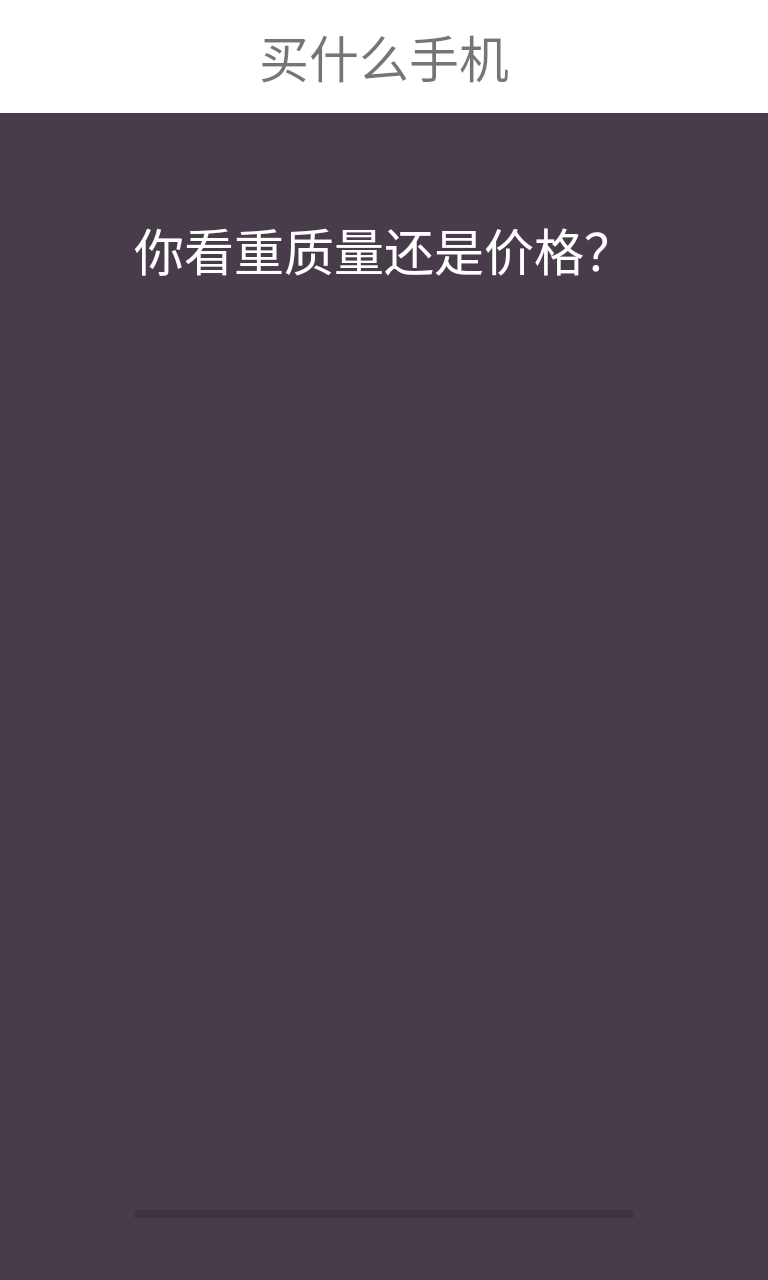
Repository: lxis/Sale
Layout: Sale/Sale/res/layout/activity_splash.xml
The author's editor kept a copy of each file at every save. The layout is drawn from the files as they stood at one save, then again after the next save.
It is drawn on a 768 x 1280 px phone screen (xhdpi) without system bars, with theme AppTheme; the app's code is not run.

Above is the layout before, as saved 2014-12-06 15:50:59.

### Sale/Sale/res/layout/activity_splash.xml
<LinearLayout xmlns:android="http://schemas.android.com/apk/res/android"
    xmlns:tools="http://schemas.android.com/tools"
    android:layout_width="match_parent"
    android:layout_height="match_parent"
    android:background="#493C4A"
    android:orientation="vertical"
    tools:context="com.sage.sale.ui.SplashActivity"
    tools:ignore="MergeRootFrame" >

    <LinearLayout
        android:id="@+id/linearLayoutTitle"
        android:layout_width="match_parent"
        android:layout_height="wrap_content"
        android:background="#ffffff"
        android:orientation="vertical" >

        <TextView
            android:id="@+id/textViewTitle"
            android:layout_width="wrap_content"
            android:layout_height="match_parent"
            android:layout_gravity="center"
            android:layout_margin="20px"
            android:text="买什么手机"
            android:textSize="25sp" >
        </TextView>
    </LinearLayout>

    <LinearLayout
        android:id="@+id/resultLayout"
        android:layout_width="wrap_content"
        android:layout_height="wrap_content"
        android:layout_gravity="center"
        android:orientation="vertical"
        android:visibility="gone" >

        <ImageView
            android:id="@+id/imageViewResult"
            android:layout_width="wrap_content"
            android:layout_height="wrap_content"
            android:layout_gravity="center"
            android:layout_marginBottom="100px"
            android:layout_marginTop="200px" >
        </ImageView>

        <TextView
            android:id="@+id/textViewResult"
            android:layout_width="wrap_content"
            android:layout_height="wrap_content"
            android:layout_gravity="center"
            android:layout_marginBottom="100px"
            android:textColor="#ffffff"
            android:textSize="25sp" >
        </TextView>

        <TextView
            android:id="@+id/textViewBuy"
            android:layout_width="wrap_content"
            android:layout_height="wrap_content"
            android:layout_gravity="center"
            android:layout_marginBottom="100px"
            android:background="@drawable/button_press_style_selector"
            android:padding="50px"
            android:text="立即购买"
            android:textSize="25sp" >
        </TextView>

        <TextView
            android:id="@+id/textViewRestart"
            android:layout_width="wrap_content"
            android:layout_height="wrap_content"
            android:layout_gravity="center"
            android:background="@drawable/button_press_style_selector"
            android:padding="50px"
            android:text="再选一次"
            android:textSize="25sp" />
    </LinearLayout>

    <LinearLayout
        android:id="@+id/questionLayout"
        android:layout_width="match_parent"
        android:layout_height="match_parent"
        android:orientation="vertical" >

        <ScrollView
            android:layout_width="match_parent"
            android:layout_height="0px"
            android:layout_gravity="center"
            android:layout_marginTop="100px"
            android:layout_weight="1"
            android:scrollbars="vertical" >

            <LinearLayout
                android:layout_width="match_parent"
                android:layout_height="wrap_content"
                android:orientation="vertical"
                android:id="@+id/linearLayoutQuestionContent"
                 >

                <TextView
                    android:id="@+id/textViewQuestion"
                    android:layout_width="wrap_content"
                    android:layout_height="wrap_content"
                    android:layout_gravity="center"
                    android:layout_marginBottom="100px"
                    android:text="你看重质量还是价格？"
                    android:textColor="#ffffff"
                    android:textSize="25sp" />

                <LinearLayout
                    android:id="@+id/answerLayout"
                    android:layout_width="match_parent"
                    android:layout_height="match_parent"
                    android:layout_gravity="center"
                    android:orientation="vertical" >
                </LinearLayout>
            </LinearLayout>
        </ScrollView>

        <ProgressBar
            android:id="@+id/progressBarProgress"
            style="?android:attr/progressBarStyleHorizontal"
            android:layout_width="500px"
            android:layout_height="wrap_content"
            android:layout_gravity="center"
            android:layout_marginBottom="50px"
            android:layout_marginTop="50px" />
    </LinearLayout>

</LinearLayout>

### Sale/Sale/res/values/styles.xml
<resources>

    <!--
        Base application theme, dependent on API level. This theme is replaced
        by AppBaseTheme from res/values-vXX/styles.xml on newer devices.
    -->
    <style name="AppBaseTheme" parent="Theme.AppCompat.Light">
        <!--
            Theme customizations available in newer API levels can go in
            res/values-vXX/styles.xml, while customizations related to
            backward-compatibility can go here.
        -->
    </style>

    <!-- Application theme. -->
    <style name="AppTheme" parent="AppBaseTheme">
        <!-- All customizations that are NOT specific to a particular API-level can go here. -->
    </style>


</resources>

### Sale/Sale/res/drawable/button_press_style_selector.xml
<?xml version="1.0" encoding="utf-8"?>
<selector xmlns:android="http://schemas.android.com/apk/res/android" >
    <item android:drawable="@drawable/button_style" android:state_pressed="false"/>
    <item android:drawable="@drawable/button_pressed_style" android:state_pressed="true"/>
</selector>

### Sale/Sale/res/drawable/button_style.xml
<?xml version="1.0" encoding="utf-8"?>
<shape xmlns:android="http://schemas.android.com/apk/res/android" >
      <solid android:color="#ffffff" />
    <corners android:radius="15dp" />
      <padding
          	android:left="5dp"
          	android:top="5dp"
          	android:right="5dp"
          	android:bottom="5dp" />
</shape>

### Sale/Sale/res/drawable/button_pressed_style.xml
<?xml version="1.0" encoding="utf-8"?>
<shape xmlns:android="http://schemas.android.com/apk/res/android" >
      <solid android:color="#E8E8E8" />
    <corners android:radius="15dp" />
      <padding
          	android:left="5dp"
          	android:top="5dp"
          	android:right="5dp"
          	android:bottom="5dp" />
</shape>

Loaded but not shown: Sale/Sale/res/values-v11/styles.xml (common file); Sale/Sale/res/values-v14/styles.xml (common file)

After the next save:
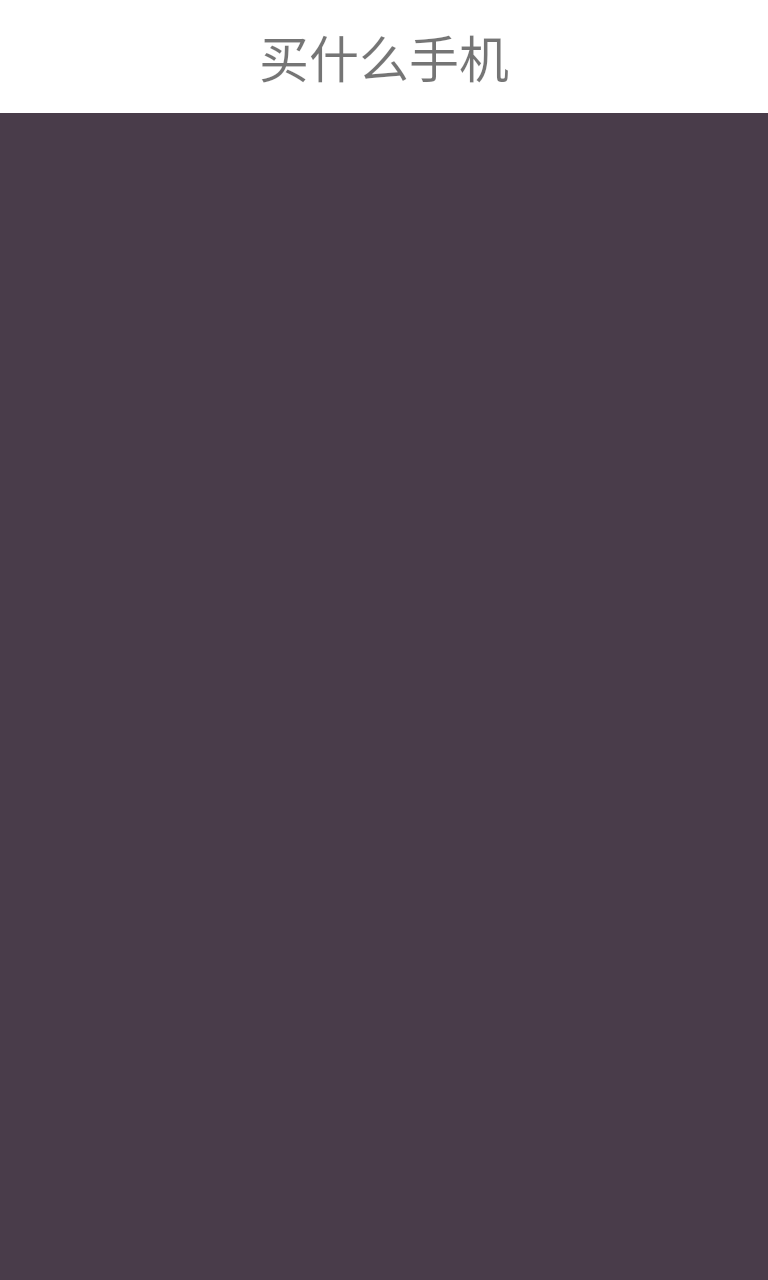
Saved 18 s later.
--- a/Sale/Sale/res/layout/activity_splash.xml
+++ b/Sale/Sale/res/layout/activity_splash.xml
@@ -25,105 +25,4 @@
         </TextView>
     </LinearLayout>
 
-    <LinearLayout
-        android:id="@+id/resultLayout"
-        android:layout_width="wrap_content"
-        android:layout_height="wrap_content"
-        android:layout_gravity="center"
-        android:orientation="vertical"
-        android:visibility="gone" >
-
-        <ImageView
-            android:id="@+id/imageViewResult"
-            android:layout_width="wrap_content"
-            android:layout_height="wrap_content"
-            android:layout_gravity="center"
-            android:layout_marginBottom="100px"
-            android:layout_marginTop="200px" >
-        </ImageView>
-
-        <TextView
-            android:id="@+id/textViewResult"
-            android:layout_width="wrap_content"
-            android:layout_height="wrap_content"
-            android:layout_gravity="center"
-            android:layout_marginBottom="100px"
-            android:textColor="#ffffff"
-            android:textSize="25sp" >
-        </TextView>
-
-        <TextView
-            android:id="@+id/textViewBuy"
-            android:layout_width="wrap_content"
-            android:layout_height="wrap_content"
-            android:layout_gravity="center"
-            android:layout_marginBottom="100px"
-            android:background="@drawable/button_press_style_selector"
-            android:padding="50px"
-            android:text="立即购买"
-            android:textSize="25sp" >
-        </TextView>
-
-        <TextView
-            android:id="@+id/textViewRestart"
-            android:layout_width="wrap_content"
-            android:layout_height="wrap_content"
-            android:layout_gravity="center"
-            android:background="@drawable/button_press_style_selector"
-            android:padding="50px"
-            android:text="再选一次"
-            android:textSize="25sp" />
-    </LinearLayout>
-
-    <LinearLayout
-        android:id="@+id/questionLayout"
-        android:layout_width="match_parent"
-        android:layout_height="match_parent"
-        android:orientation="vertical" >
-
-        <ScrollView
-            android:layout_width="match_parent"
-            android:layout_height="0px"
-            android:layout_gravity="center"
-            android:layout_marginTop="100px"
-            android:layout_weight="1"
-            android:scrollbars="vertical" >
-
-            <LinearLayout
-                android:layout_width="match_parent"
-                android:layout_height="wrap_content"
-                android:orientation="vertical"
-                android:id="@+id/linearLayoutQuestionContent"
-                 >
-
-                <TextView
-                    android:id="@+id/textViewQuestion"
-                    android:layout_width="wrap_content"
-                    android:layout_height="wrap_content"
-                    android:layout_gravity="center"
-                    android:layout_marginBottom="100px"
-                    android:text="你看重质量还是价格？"
-                    android:textColor="#ffffff"
-                    android:textSize="25sp" />
-
-                <LinearLayout
-                    android:id="@+id/answerLayout"
-                    android:layout_width="match_parent"
-                    android:layout_height="match_parent"
-                    android:layout_gravity="center"
-                    android:orientation="vertical" >
-                </LinearLayout>
-            </LinearLayout>
-        </ScrollView>
-
-        <ProgressBar
-            android:id="@+id/progressBarProgress"
-            style="?android:attr/progressBarStyleHorizontal"
-            android:layout_width="500px"
-            android:layout_height="wrap_content"
-            android:layout_gravity="center"
-            android:layout_marginBottom="50px"
-            android:layout_marginTop="50px" />
-    </LinearLayout>
-
 </LinearLayout>
